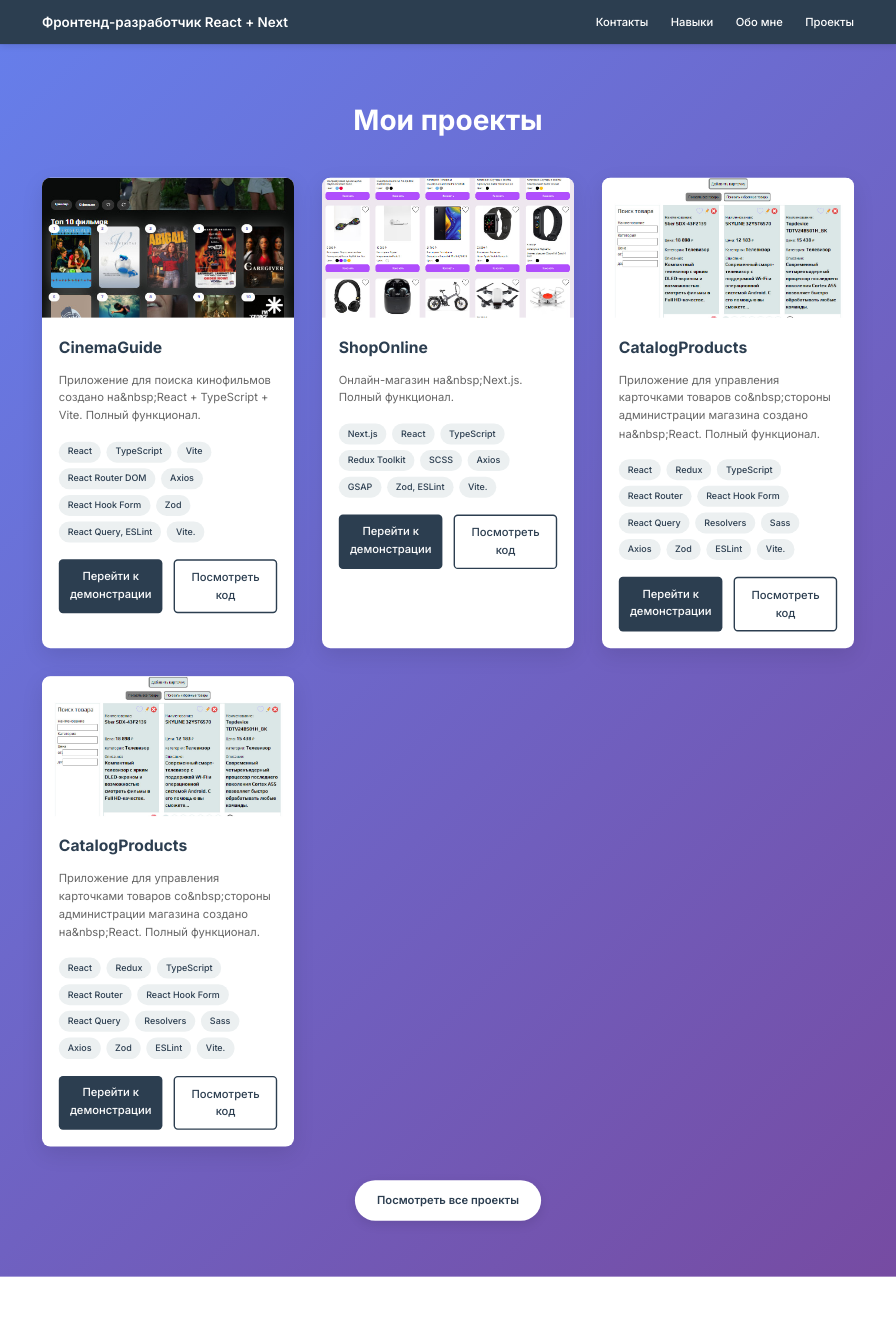
Repository: RostislavZeberg/resume-app
Page: /
An editor plug-in stored every save of this project. The page is shown before and after the next save, followed by the edit.
The browser window is 1280 px wide. The pictures show the part of the page from y = 0 to 1920 px (the page is 4380 px tall), at 70% of full size.
The project was rebuilt for these pictures with package versions that can differ from the ones it lists, and the page was loaded fresh each time. The framework's server and built-in components were replaced by stand-ins that run in the browser. Also part of the build but not shown: next.config.ts.

Above is the page before, as saved 2025-09-18 13:57:17.

After the next save:
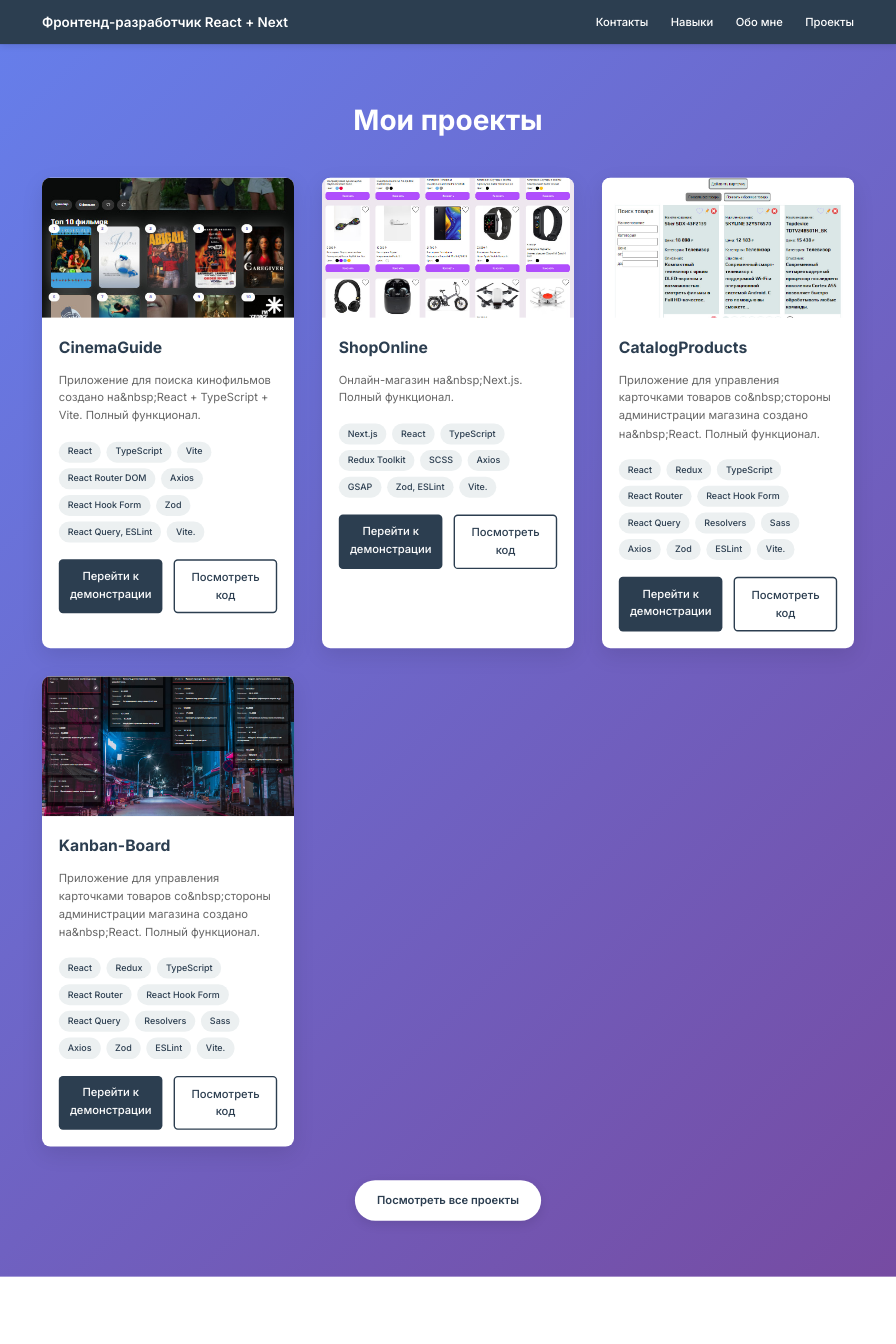
Saved 20 s later.
--- a/info/projects.ts
+++ b/info/projects.ts
@@ -21,7 +21,7 @@ export const projects = [
     technologies: ['React', 'Redux', 'TypeScript', 'React Router', 'React Hook Form', 'React Query', 'Resolvers', 'Sass', 'Axios', 'Zod', 'ESLint', 'Vite.']
   },
   {
-    name: 'CatalogProducts',
+    name: 'Kanban-Board',
     description: 'Приложение для управления карточками товаров со&nbsp;стороны администрации магазина создано на&nbsp;React. Полный функционал.',
     demoLink: 'https://shop-online-omega.vercel.app/',
     codeLink: 'https://github.com/RostislavZeberg/ShopOnline',
